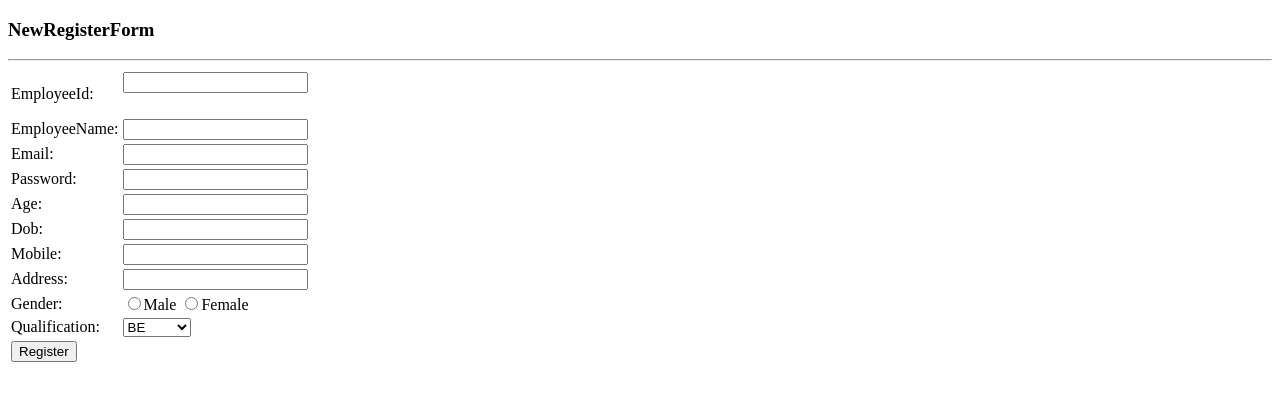
Repository: Karthi-Mano/AdvanceJavaPrograms
Page: http://localhost/CEBProject/registerform.jsp
These files come from the project's save history. The page is drawn as it stood at one moment and after the next save; the edit follows.
The browser window is 1280 px wide. The pictures show the whole page.
The page is served by Tomcat 9.

Above is the page before, as saved 2018-05-10 17:28:05.

After the next save:
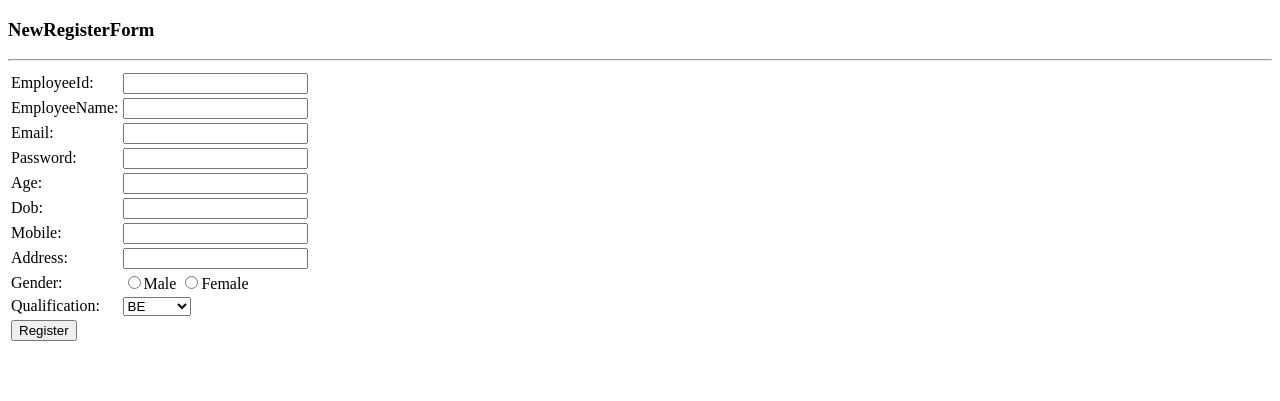
Saved 57 s later.
--- a/CEBProject/WebContent/registerform.jsp
+++ b/CEBProject/WebContent/registerform.jsp
@@ -29,7 +29,7 @@ function validate()
 <hr>
 <form action="" method="get">
 <table>
-<tr><td>EmployeeId:</td><td><input type="text" name="regid" id="regid" onblur="validate()"/><h4 id="div1"></h4></td></tr>
+<tr><td>EmployeeId:</td><td><input type="text" name="regid" id="regid" onblur="validate()"/></td><td><h4 id="div1"></h4></td></tr>
 
 <tr><td>EmployeeName:</td><td><input type="text" name="regname"/></td></tr>
 <tr><td>Email:</td><td><input type="text" name="email"/></td><td><h4 id="errorDiv"></h4></td></tr>
